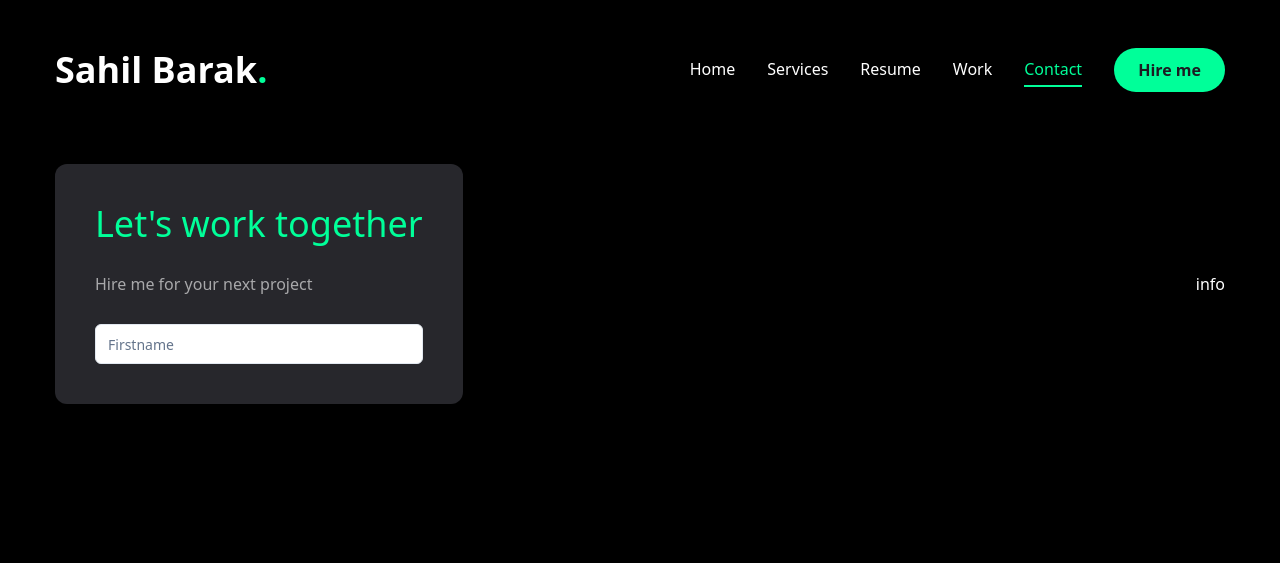
Repository: Moxsahil/My_portfolio
Page: /contact (app in sahil-portfolio/)
These files come from the project's save history. The page is drawn as it stood at one moment and after the next save; the edit follows.
The browser window is 1280 px wide. The pictures show the whole page.
The project was rebuilt for these pictures with package versions that can differ from the ones it lists, and the page was loaded fresh each time. The framework's server and built-in components were replaced by stand-ins that run in the browser. Also part of the build but not shown: sahil-portfolio/next.config.mjs, sahil-portfolio/components/ui/textarea.jsx. Imported but missing from the stored project, and not drawn on this page: sahil-portfolio/components/ui/select.

Above is the page before, as saved 2024-10-06 15:43:11.

After the next save:
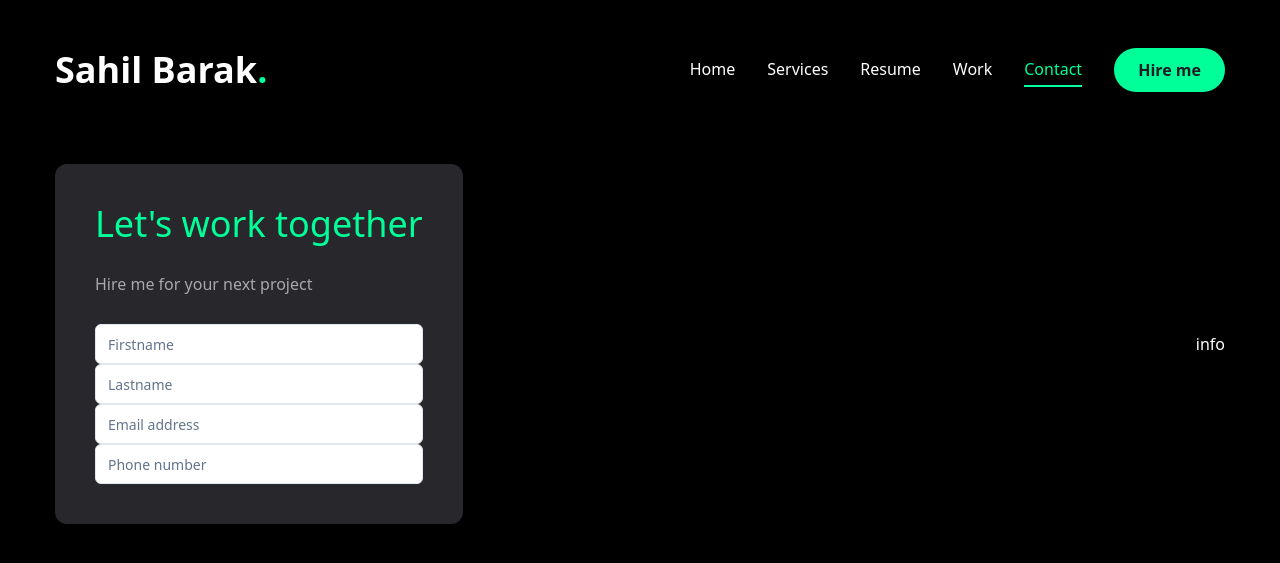
Saved 100 s later.
--- a/sahil-portfolio/app/contact/page.jsx
+++ b/sahil-portfolio/app/contact/page.jsx
@@ -57,6 +57,9 @@
               {/* Input */}
               <div>
                 <Input type="firstName" placeholder="Firstname"/>
+                <Input type="lastname" placeholder="Lastname"/>
+                <Input type="email" placeholder="Email address"/>
+                <Input type="phone" placeholder="Phone number"/>
               </div>
             </form>
           </div>
